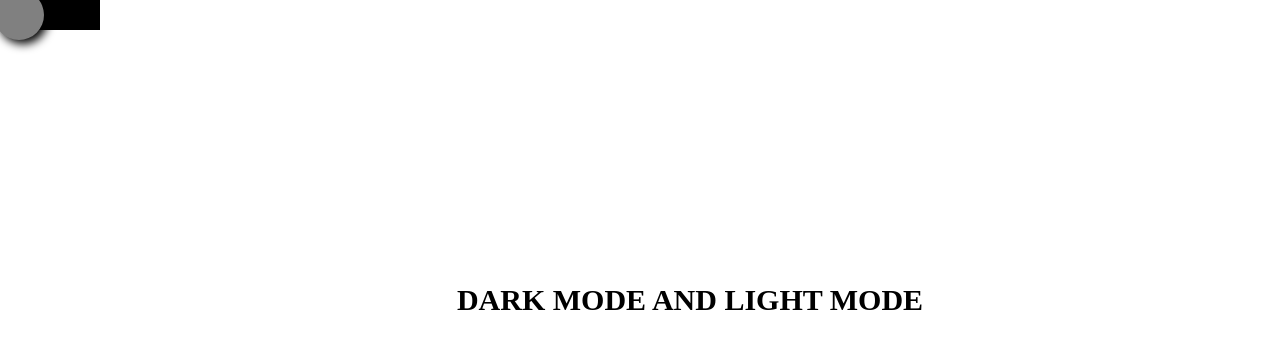
Repository: Eugene44-hub/darkmode-lightmode
Page: index.html
An editor plug-in stored every save of this project. The page is shown before and after the next save, followed by the edit.
The browser window is 1280 px wide. The pictures show the whole page.

Above is the page before, as saved 2021-09-13 01:47:14.

### index.html
<!DOCTYPE html>
<html lang="en">

<head>
    <meta charset="UTF-8">
    <meta http-equiv="X-UA-Compatible" content="IE=edge">
    <meta name="viewport" content="width=device-width, initial-scale=1.0">
    <title>Document</title>
    <link rel="stylesheet" href="style.css">
</head>

<body>
    <div class="box">
        <div class="circle"></div>
    </div>

    <p>Dark Mode and Light mode</p>
    <!-- <div class="square"></div>
    <div class="circle"></div> -->
    <script src="app.js"></script>
</body>

</html>

### style.css
  * {
      padding: 0;
      margin: 0;
      box-sizing: border-box;
  }

  body {
      display: flex;
      height: 600px;
      transition: all 0.5s;
  }

  p {
      margin: auto;
      font-size: 30px;
      font-weight: bold;
      text-transform: uppercase;
  }

  .box {
      background-color: black;
      height: 30px;
      width: 100px;
      position: relative;
      ;
      transition: all 0.5s;
  }

  .circle {
      top: -10px;
      background-color: grey;
      height: 50px;
      width: 50px;
      box-shadow: 4px 4px 10px black;
      border-radius: 50%;
      position: absolute;
      left: -6px;
      transition: all 0.5s;
  }

### app.js
const circle = document.querySelector('.circle');
const box = document.querySelector('.box');
const text = document.querySelector('p');
circle.addEventListener('click', e => {
    if (circle.style.left == '-6px') {
        document.body.style.backgroundColor = 'black';
        circle.style.left = '50px'
        box.style.backgroundColor = 'white'
        text.style.color = 'white';


    } else {
        circle.style.left = '-6px'
        document.body.style.backgroundColor = 'white';
        text.style.color = 'black';
        box.style.backgroundColor = 'black';
    }
})

After the next save:
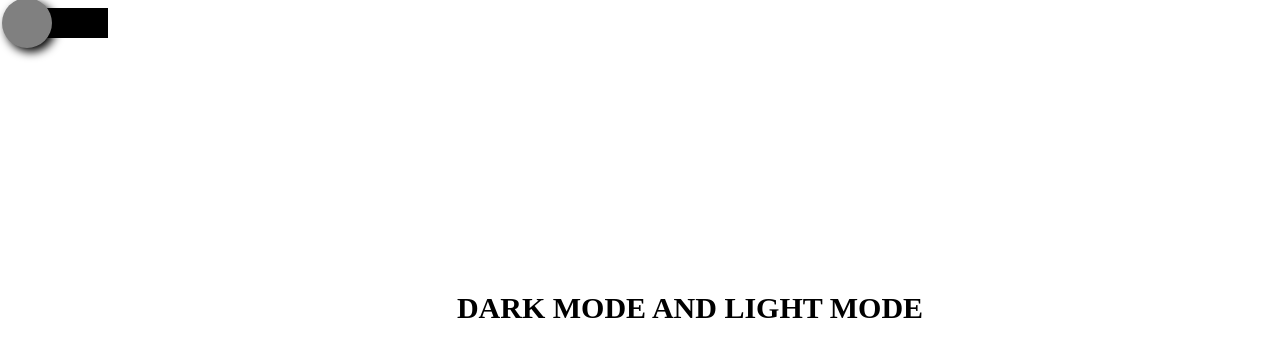
Saved 8 s later.
--- a/style.css
+++ b/style.css
@@ -1,39 +1,33 @@
-  * {
-      padding: 0;
-      margin: 0;
-      box-sizing: border-box;
-  }
+body {
+    display: flex;
+    height: 600px;
+    transition: all 0.5s;
+}
 
-  body {
-      display: flex;
-      height: 600px;
-      transition: all 0.5s;
-  }
+p {
+    margin: auto;
+    font-size: 30px;
+    font-weight: bold;
+    text-transform: uppercase;
+}
 
-  p {
-      margin: auto;
-      font-size: 30px;
-      font-weight: bold;
-      text-transform: uppercase;
-  }
+.box {
+    background-color: black;
+    height: 30px;
+    width: 100px;
+    position: relative;
+    ;
+    transition: all 0.5s;
+}
 
-  .box {
-      background-color: black;
-      height: 30px;
-      width: 100px;
-      position: relative;
-      ;
-      transition: all 0.5s;
-  }
-
-  .circle {
-      top: -10px;
-      background-color: grey;
-      height: 50px;
-      width: 50px;
-      box-shadow: 4px 4px 10px black;
-      border-radius: 50%;
-      position: absolute;
-      left: -6px;
-      transition: all 0.5s;
-  }
+.circle {
+    top: -10px;
+    background-color: grey;
+    height: 50px;
+    width: 50px;
+    box-shadow: 4px 4px 10px black;
+    border-radius: 50%;
+    position: absolute;
+    left: -6px;
+    transition: all 0.5s;
+}
